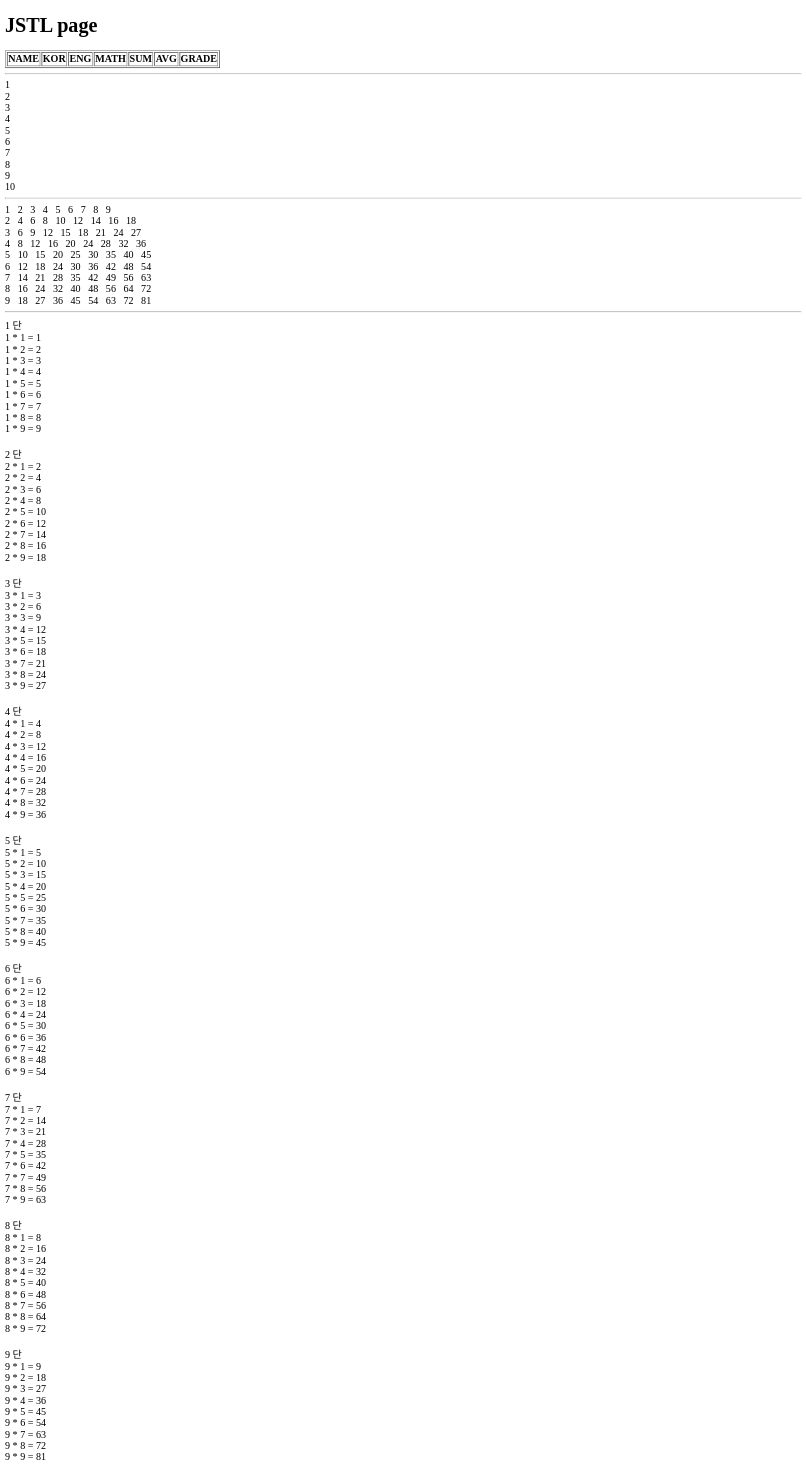
Repository: leedh909/Academy-web-
Page: http://localhost/Jsp07_EL_JSTL/jstlpage.jsp
The author's editor kept a copy of each file at every save. The page is drawn from the files as they stood at one save, then again after the next save.
The browser window is 1280 px wide. The pictures show the whole page, at 63% of full size.
The page is served by Tomcat 9. The template is opened directly, without the code that normally fills it, so the values that code supplies are empty.

Above is the page before, as saved 2020-07-06 03:59:16.

After the next save:
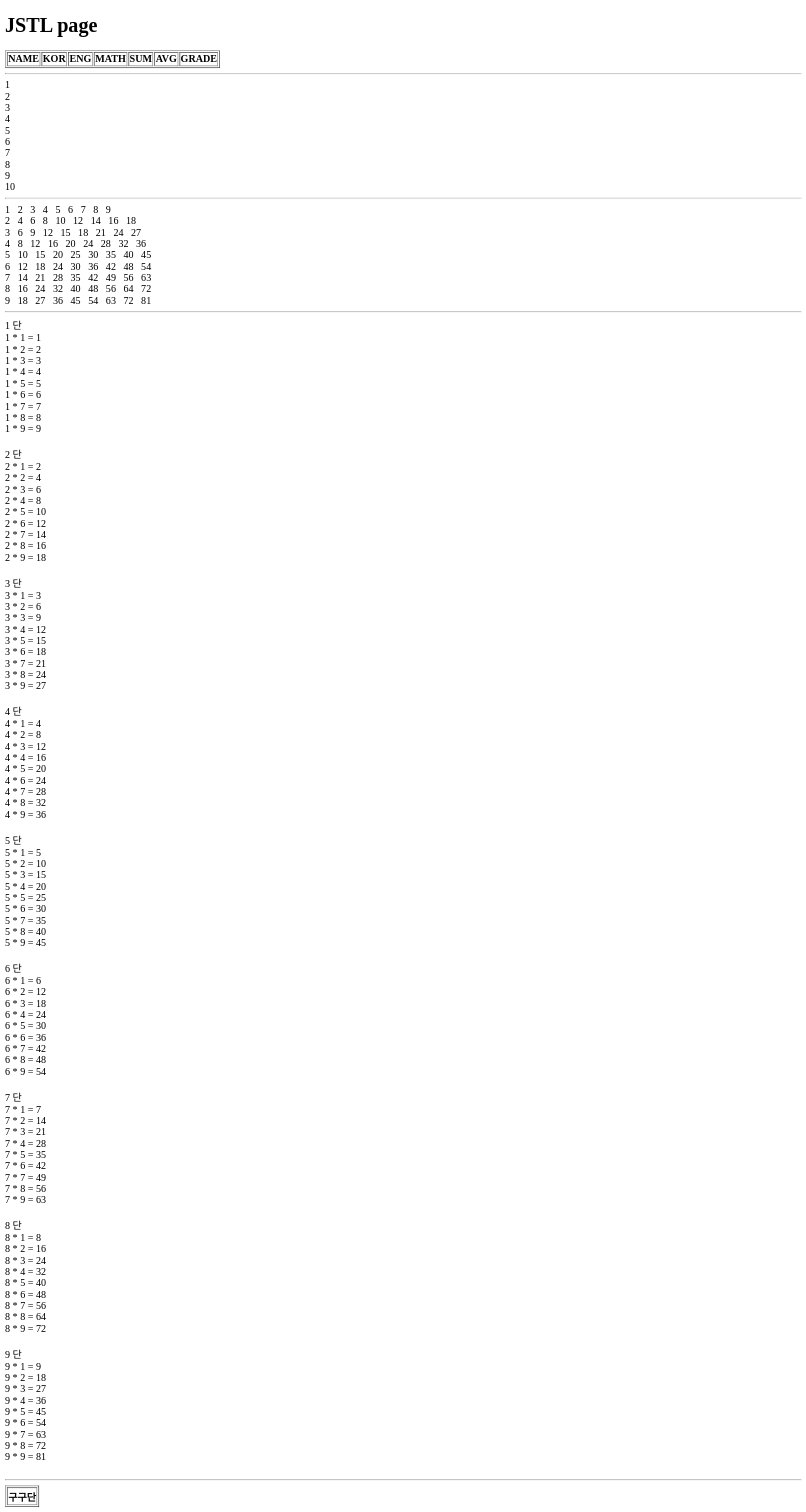
Saved 2 min 32 s later.
--- a/실습자료/eclipse-servlet/Jsp07_EL_JSTL/WebContent/jstlpage.jsp
+++ b/실습자료/eclipse-servlet/Jsp07_EL_JSTL/WebContent/jstlpage.jsp
@@ -96,7 +96,14 @@
 		</c:forEach>
 		<br>
 	</c:forEach>
+	<hr>
+	<!-- 구구단 출력 -->
+	<table border="1">
+		<tr>
+			<th colspan="5"> 구구단 </th>
+		</tr>
 
+	</table>
 
 
 </body>
